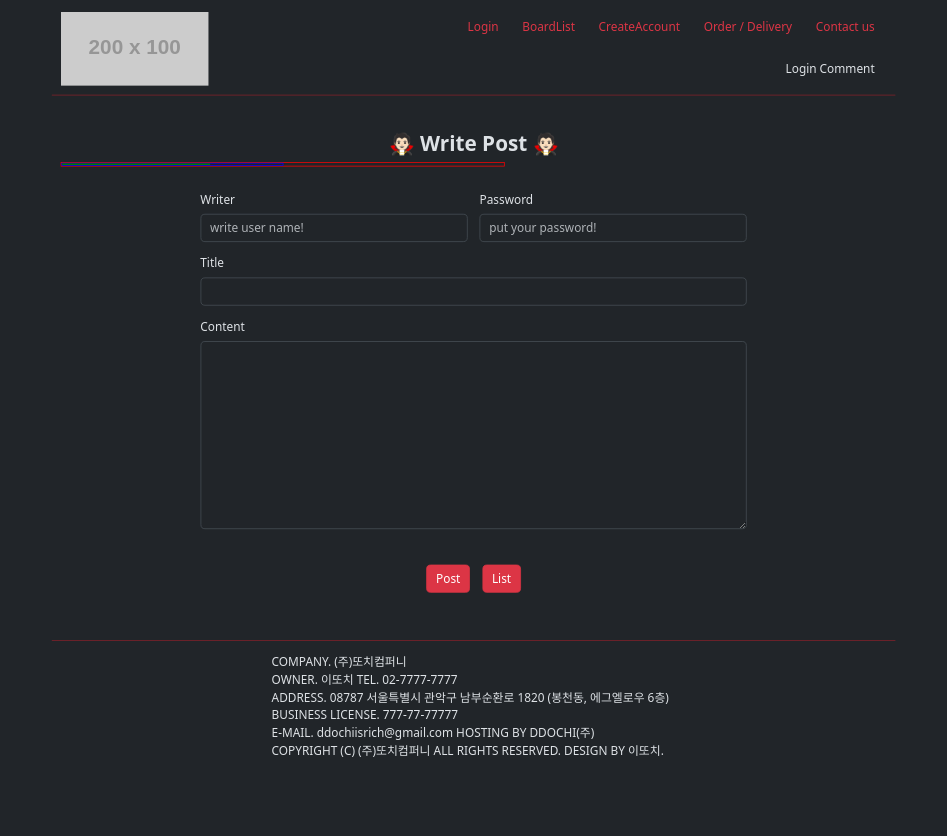
Repository: ddochiisrich/Ddochi-Web
Page: http://localhost/JSPClassCh06/writeForm
These files come from the project's save history. The page is drawn as it stood at one moment and after the next save; the edit follows.
The browser window is 1280 px wide. The pictures show the whole page, at 74% of full size.
The page is served by Tomcat 9.

Above is the page before, as saved 2024-04-11 05:46:27.

After the next save:
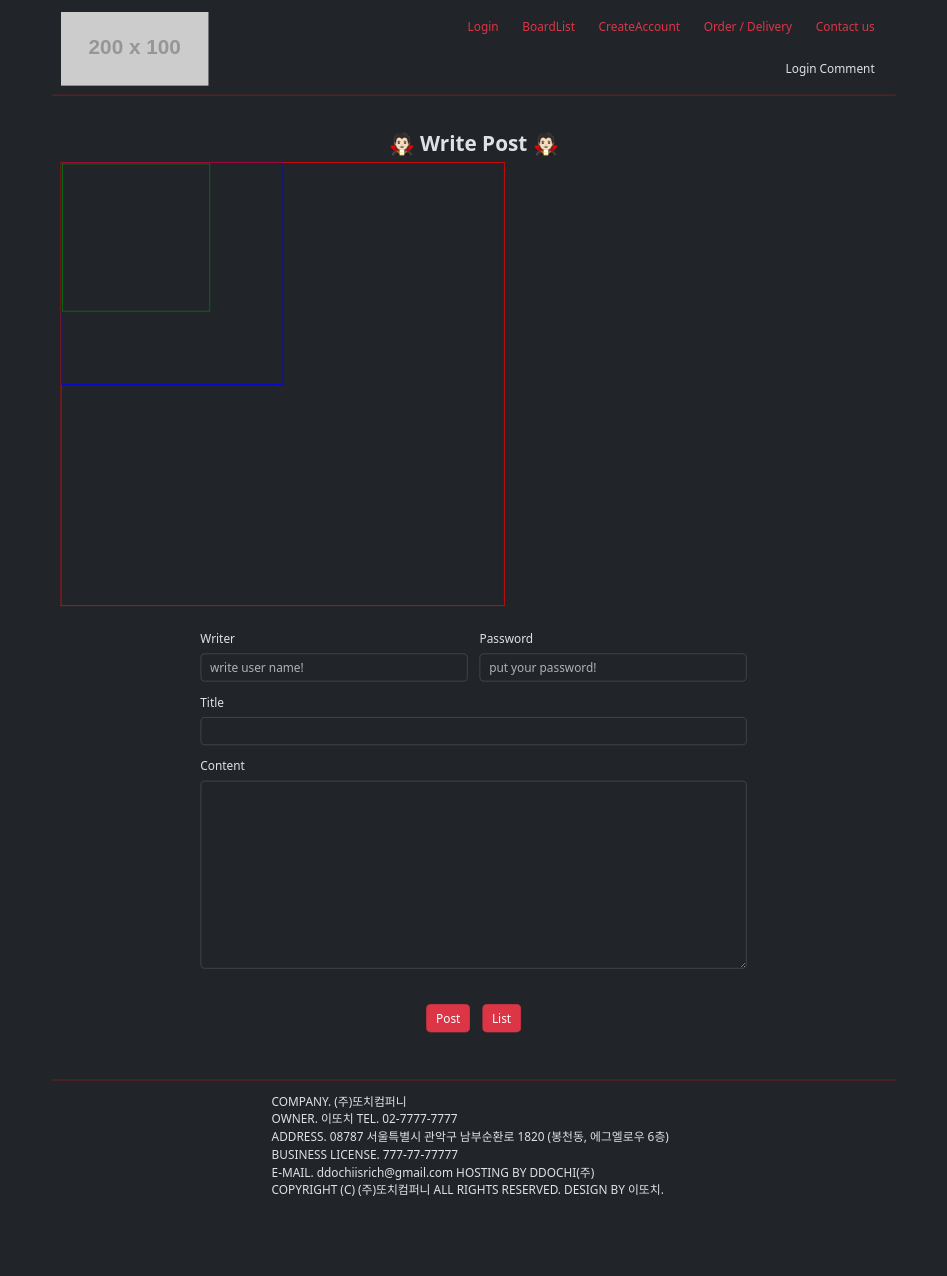
Saved 65 s later.
--- a/JSPClassCh06/src/main/webapp/WEB-INF/board/writeForm.jsp
+++ b/JSPClassCh06/src/main/webapp/WEB-INF/board/writeForm.jsp
@@ -29,12 +29,13 @@
 					</div>
 				</div>
 
-				<div class="parent" style="width: 600px; hieght:600px; border: 1px solid red;">
-					<div class="sub1" style="width: 300px; hieght:300px; border: 1px solid blue;">
-						<div class="sub2" style="width: 200px; hieght:200px; border: 1px solid green;">
+				<div class="parent" style="width: 600px; height:600px; border: 1px solid red;">
+					<div class="sub1" style="width: 300px; height:300px; border: 1px solid blue;">
+						<div class="sub2" style="width: 200px; height:200px; border: 1px solid green;">
 						</div>
 					</div>
 				</div>
+
 
 				<form name="writeForm" id="writeForm" action="writeProcess"
 					method="post" class="row border-danger g-3 my-3">
